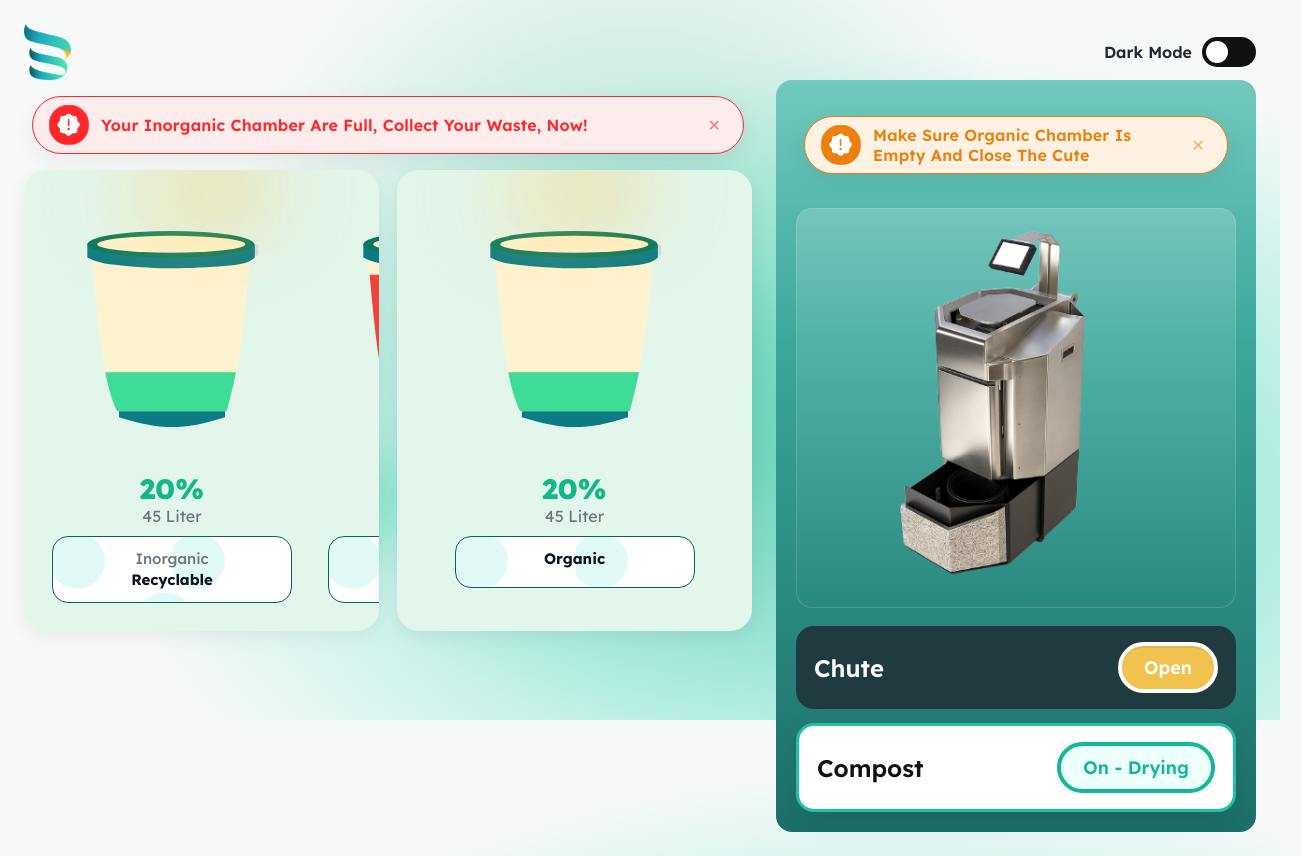
Repository: william-saputra/nusabin
Page: pages/homepage.html
These files come from the project's save history. The page is drawn as it stood at one moment and after the next save; the edit follows.
The browser window is 1280 px wide. The page is 1302 px wide, so the pictures cover 1302 px, including what lies to the right of the window. The pictures show the whole page.
Backgrounds fixed to the window are drawn as part of the page.

Above is the page before, as saved 2025-08-12 23:52:58.

### pages/homepage.html
<!DOCTYPE html>
<html lang="en">
  <head>
    <meta charset="UTF-8" />
    <meta name="viewport" content="width=device-width, initial-scale=1.0" />
    <title>Nusabin – Homepage</title>
    <link rel="preconnect" href="https://fonts.googleapis.com" />
    <link rel="preconnect" href="https://fonts.gstatic.com" crossorigin />
    <link href="https://fonts.googleapis.com/css2?family=Lexend:wght@400;500;600;700;800&family=Inter:wght@400;500;600;700;800&display=swap" rel="stylesheet" />
    <link rel="stylesheet" href="../styles/base.css" />
    <link rel="stylesheet" href="../styles/pages/homepage.css" />
  </head>
  <body>
    <div class="homepage no-nav">
      <header class="topbar no-nav">
        <img src="../assets/images/green_logo.png" alt="Nusabin" class="logo no-nav" />
        <div class="spacer no-nav"></div>
        <div class="theme-toggle no-nav">
          <span class="label no-nav">Dark Mode</span>
          <label class="switch no-nav">
            <input id="dark-toggle" class="no-nav" type="checkbox" />
            <span class="slider round no-nav"></span>
          </label>
        </div>
      </header>

      <main class="layout">
        <div class="left-col">
          <section class="alerts no-nav">
            <div class="alert pill no-nav" data-variant="danger" data-alert-id="left-alert">
              <img class="alert-icon" src="../assets/icons/red_alert.svg" alt="alert" width="40" height="40" />
              <div class="text no-nav">Your Inorganic Chamber Are Full, Collect Your Waste, Now!</div>
              <button class="close no-nav" data-dismiss>
                <span class="no-nav">&#10005;</span>
              </button>
            </div>
          </section>
          <div class="left-grid clickable-area" data-navigate>
          <div class="card card-buckets">
            <div class="bucket-group">
              <div class="bucket-item" data-id="inorganic_recyclable">
                <svg class="bucket-svg" viewBox="0 0 197 216" aria-labelledby="title-ir" role="img">
                  <title id="title-ir">Inorganic Recyclable</title>
                  <defs>
                    <clipPath id="cupShape-inorganic_recyclable">
                      <path d="M53.3367 175.048C43.8761 154.841 39.492 126.346 33.0561 49.7143L162.041 52.148C157.42 108.314 153.879 136.877 143.383 175.048C107.592 183.612 87.9058 183.201 53.3367 175.048Z" />
                    </clipPath>
                  </defs>
                  <path d="M53.3367 175.048C43.8761 154.841 39.492 126.346 33.0561 49.7143L162.041 52.148C157.42 108.314 153.879 136.877 143.383 175.048C107.592 183.612 87.9058 183.201 53.3367 175.048Z" fill="#FFF3CF" />
                  <rect id="cupFill-inorganic_recyclable" x="0" y="175" width="197" height="0" clip-path="url(#cupShape-inorganic_recyclable)" />
                  <path d="M55 179.937V175H142V179.937C107.725 190.783 88.6686 190.592 55 179.937Z" fill="#0C7B83" />
                  <rect x="166.097" y="38.3571" width="3.2449" height="8.92347" fill="#D9D9D9" />
                  <path d="M29 48.9031V38.3571H166.503V48.9031C162.244 52.8888 157.731 54.2809 146.222 55.3929C109.605 58.2432 89.8065 58.6723 56.9872 55.3929C42.0852 54.0832 36.1288 52.6188 29 48.9031Z" fill="#0C7B83" />
                  <ellipse cx="97.5485" cy="37.9515" rx="68.5485" ry="10.9515" fill="#08785B" />
                  <ellipse cx="97.9541" cy="37.9515" rx="60.8418" ry="6.89541" fill="#FFF3CF" />
                </svg>
                <div class="bucket-metrics">
                  <div class="percent" data-percent>0%</div>
                  <div class="liter" data-liter>0 Liter</div>
                </div>
                <div class="chip chip-2line"><span>Inorganic</span><strong>Recyclable</strong></div>
              </div>

              <div class="bucket-item" data-id="inorganic_non_recyclable">
                <svg class="bucket-svg" viewBox="0 0 197 216" aria-labelledby="title-inr" role="img">
                  <title id="title-inr">Inorganic <br>Non-Recyclable</title>
                  <defs>
                    <clipPath id="cupShape-inorganic_non_recyclable">
                      <path d="M53.3367 175.048C43.8761 154.841 39.492 126.346 33.0561 49.7143L162.041 52.148C157.42 108.314 153.879 136.877 143.383 175.048C107.592 183.612 87.9058 183.201 53.3367 175.048Z" />
                    </clipPath>
                  </defs>
                  <path d="M53.3367 175.048C43.8761 154.841 39.492 126.346 33.0561 49.7143L162.041 52.148C157.42 108.314 153.879 136.877 143.383 175.048C107.592 183.612 87.9058 183.201 53.3367 175.048Z" fill="#FFF3CF" />
                  <rect id="cupFill-inorganic_non_recyclable" x="0" y="175" width="197" height="0" clip-path="url(#cupShape-inorganic_non_recyclable)" />
                  <path d="M55 179.937V175H142V179.937C107.725 190.783 88.6686 190.592 55 179.937Z" fill="#0C7B83" />
                  <rect x="166.097" y="38.3571" width="3.2449" height="8.92347" fill="#D9D9D9" />
                  <path d="M29 48.9031V38.3571H166.503V48.9031C162.244 52.8888 157.731 54.2809 146.222 55.3929C109.605 58.2432 89.8065 58.6723 56.9872 55.3929C42.0852 54.0832 36.1288 52.6188 29 48.9031Z" fill="#0C7B83" />
                  <ellipse cx="97.5485" cy="37.9515" rx="68.5485" ry="10.9515" fill="#08785B" />
                  <ellipse cx="97.9541" cy="37.9515" rx="60.8418" ry="6.89541" fill="#FFF3CF" />
                </svg>
                <div class="bucket-metrics">
                  <div class="percent" data-percent>0%</div>
                  <div class="liter" data-liter>0 Liter</div>
                </div>
                <div class="chip chip-2line"><span>Inorganic</span><strong>Non-Recyclable</strong></div>
              </div>
            </div>
          </div>

          <div class="card card-bucket-single">
            <div class="bucket-item" data-id="organic">
              <svg class="bucket-svg" viewBox="0 0 197 216" aria-labelledby="title-org" role="img">
                <title id="title-org">Organic</title>
                <defs>
                  <clipPath id="cupShape-organic">
                    <path d="M53.3367 175.048C43.8761 154.841 39.492 126.346 33.0561 49.7143L162.041 52.148C157.42 108.314 153.879 136.877 143.383 175.048C107.592 183.612 87.9058 183.201 53.3367 175.048Z" />
                  </clipPath>
                </defs>
                <path d="M53.3367 175.048C43.8761 154.841 39.492 126.346 33.0561 49.7143L162.041 52.148C157.42 108.314 153.879 136.877 143.383 175.048C107.592 183.612 87.9058 183.201 53.3367 175.048Z" fill="#FFF3CF" />
                <rect id="cupFill-organic" x="0" y="175" width="197" height="0" clip-path="url(#cupShape-organic)" />
                <path d="M55 179.937V175H142V179.937C107.725 190.783 88.6686 190.592 55 179.937Z" fill="#0C7B83" />
                <rect x="166.097" y="38.3571" width="3.2449" height="8.92347" fill="#D9D9D9" />
                <path d="M29 48.9031V38.3571H166.503V48.9031C162.244 52.8888 157.731 54.2809 146.222 55.3929C109.605 58.2432 89.8065 58.6723 56.9872 55.3929C42.0852 54.0832 36.1288 52.6188 29 48.9031Z" fill="#0C7B83" />
                <ellipse cx="97.5485" cy="37.9515" rx="68.5485" ry="10.9515" fill="#08785B" />
                <ellipse cx="97.9541" cy="37.9515" rx="60.8418" ry="6.89541" fill="#FFF3CF" />
              </svg>
              <div class="bucket-metrics">
                <div class="percent" data-percent>0%</div>
                <div class="liter" data-liter>0 Liter</div>
              </div>
              <div class="chip chip-2line"><strong>Organic</strong></div>
            </div>
          </div>
          </div>
        </div>

        <aside class="right-panel">
          <section class="alerts no-nav">
            <div class="alert pill no-nav" data-variant="warning" data-alert-id="right-alert">
              <img class="alert-icon" src="../assets/icons/orange_alert.svg" alt="alert" width="40" height="40" />
              <div class="text no-nav">Make Sure Organic Chamber Is Empty And Close The Cute</div>
              <button class="close no-nav" data-dismiss>
                <span class="no-nav">&#10005;</span>
              </button>
            </div>
          </section>
          <div class="machine-wrapper">
            <img src="../assets/images/machine.png" alt="Machine" class="machine" />
          </div>
          <div class="status-panel no-nav">
            <div class="status-row variant-dark no-nav">
              <div class="label no-nav">Chute</div>
              <div class="status-pill pill-open no-nav">Open</div>
            </div>
            <div class="status-row variant-light no-nav">
              <div class="label no-nav">Compost</div>
              <div class="status-pill pill-on no-nav">On - Drying</div>
            </div>
          </div>
        </aside>
      </main>
      <div class="page-bottom-decor" aria-hidden="true"></div>
    </div>

    <script src="../scripts/theme.js"></script>
    <script src="../scripts/main.js"></script>
  </body>
  </html>

### styles/base.css
:root {
  --bg: #f6f9f8;
  --card: #ffffff;
  --text: #0b1220;
  --muted: #6b7280;
  --primary: #1cb59b;
  --danger: #e53935;
  --warning: #ffb74d;
  --ring: rgba(28, 181, 155, 0.35);
}

* { box-sizing: border-box; }
html, body { height: 100%; }
body {
  margin: 0;
  font-family: Lexend, Inter, system-ui, -apple-system, Segoe UI, Roboto, Helvetica, Arial, "Apple Color Emoji", "Segoe UI Emoji";
  color: var(--text);
  background: radial-gradient(1200px 700px at 70% 70%, #7ed8c4 0%, #b8efe5 35%, #f6f9f8 65%) no-repeat fixed;
}

/* Generic layout */
.homepage { padding: 24px; }
.topbar { display: flex; align-items: center; gap: 16px; }
.spacer { flex: 1 1 auto; }
.logo { height: 56px; }

.theme-toggle { display: flex; align-items: center; gap: 10px; font-weight: 600; }
.theme-toggle .label { opacity: 0.9; }

/* Toggle */
.switch { position: relative; display: inline-block; width: 54px; height: 30px; }
.switch input { display: none; }
.slider { position: absolute; cursor: pointer; top: 0; left: 0; right: 0; bottom: 0; background: #111; transition: .2s; border-radius: 999px; }
.slider:before { position: absolute; content: ""; height: 22px; width: 22px; left: 4px; bottom: 4px; background: #fff; transition: .2s; border-radius: 50%; }
input:checked + .slider { background: #cdd2d6; }
input:checked + .slider:before { transform: translateX(24px); }

/* Alerts */
.alerts { display: grid; grid-template-columns: 1fr; gap: 12px; margin: 18px 0; }
.alert { display: grid; grid-template-columns: auto 1fr auto; align-items: center; gap: 12px; padding: 8px 16px; border-radius: 50px; box-shadow: 0 8px 24px rgba(0,0,0,.06); font-family: Lexend, Inter, sans-serif; border: 1px solid currentColor; }
.alert .text { font-weight: 600; letter-spacing: .2px; }
.alert .close { appearance: none; border: 0; background: transparent; cursor: pointer; opacity: 0.6; font-size: 16px; color: inherit; }
.alert.pill[data-variant="danger"] { color: #FF2828; background: #FFECEC; }
.alert.pill[data-variant="warning"] { color: #EA800E; background: #FFF2E3; }
.alert-icon { flex: 0 0 auto; width: 40px; height: 40px; }

/* Align alerts: left and right margins consistent */
.left-col .alerts, .right-panel .alerts { margin: 16px 8px; }

/* Page bottom glow circle */
.page-bottom-decor { position: fixed; left: 50%; bottom: -180px; transform: translateX(-50%); width: 1200px; height: 1200px; border-radius: 50%; background: radial-gradient(closest-side, rgba(18,184,134,0.35), rgba(18,184,134,0) 70%); filter: blur(12px); pointer-events: none; z-index: -1; }

/* Main layout */
.layout { display: grid; grid-template-columns: 1.35fr 480px; gap: 24px; align-items: start; }
.left-col { display: block; }
.left-grid { display: grid; grid-template-columns: 1fr 1fr; gap: 18px; }

.card { background: var(--card); border-radius: 22px; padding: 28px; box-shadow: 0 6px 20px rgba(0,0,0,.06); position: relative; overflow: hidden; }
.card::before, .card::after { content: ""; position: absolute; pointer-events: none; border-radius: 50%; filter: blur(40px); opacity: 0.9; }
.card::before { width: 260px; height: 180px; top: -70px; right: 30px; background: radial-gradient(closest-side, rgba(255,189,57,0.55), rgba(255,189,57,0) 70%); }
.card::after  { width: 220px; height: 160px; top: -50px; left: 40%; transform: translateX(-50%); background: radial-gradient(closest-side, rgba(255,225,149,0.55), rgba(255,225,149,0) 70%); }
.card-buckets { display: block; background: #E2F6EC; min-height: 460px; }
.card-bucket-single { display: block; background: #E2F6EC; min-height: 460px; }

.bucket-group { display: grid; grid-template-columns: 1fr 1fr; gap: 36px; justify-items: center; }
.bucket-item { display: grid; justify-items: center; gap: 10px; }
.bucket-svg { width: 100%; max-width: 240px; height: auto; display: block; }
.bucket-static { pointer-events: none; }

.bucket-metrics { text-align: center; }
.bucket-metrics .percent { font-weight: 800; font-size: 28px; color: #12B886; }
.bucket-metrics .percent.danger { color: #F44336; }
.bucket-metrics .liter { color: #6C757D; font-size: 16px; }

.chip { display: inline-flex; flex-direction: column; align-items: center; gap: 4px; padding: 14px 22px; border-radius: 16px; background: #fff; border: 1.5px solid #0B5F57; font-size: 20px; line-height: 1.1; min-height: 52px; min-width: 240px; }
.chip span { color: #6C757D; font-weight: 500; }
.chip strong { font-weight: 700; }
.chip-positive strong { color: #12B886; }
.chip-negative strong { color: #F44336; }
.chip {
  background-image: radial-gradient(circle at 20% 20%, rgba(13, 207, 173, 0.12) 0 20%, rgba(13, 207, 173, 0) 21%),
                    radial-gradient(circle at 80% 60%, rgba(13, 207, 173, 0.12) 0 20%, rgba(13, 207, 173, 0) 21%);
  background-size: 120px 120px, 140px 140px;
}

.chip-2line { font-size: 15px; }

.right-panel { display: grid; grid-template-rows: 1fr auto; gap: 18px; }
.right-panel { background: linear-gradient(180deg, #72c9bd 0%, #3ba79b 35%, #1b6f67 100%); padding: 20px; border-radius: 16px; }
.machine-wrapper { display: grid; place-items: center; background: linear-gradient(180deg, rgba(255,255,255,0.18), rgba(255,255,255,0)); border-radius: 16px; min-height: 400px; box-shadow: inset 0 0 0 1px rgba(255,255,255,0.15); }
.machine { max-width: 100%; height: auto; object-fit: contain; transform: scale(1.3); transform-origin: center; }

.status-panel { background: transparent; border-radius: 16px; padding: 0; display: grid; gap: 16px; }
.status-row { display: flex; align-items: center; justify-content: space-between; padding: 16px 18px; border-radius: 18px; }
.status-row .label { font-weight: 600; font-size: 24px; }
.status-row.variant-dark { background: #1f3b3f; color: #ffffff; }
.status-row.variant-light { background: #ffffff; color: #111; border: 3px solid #22c3a4; box-shadow: 0 8px 24px rgba(0,0,0,.08); }
.status-pill { border-radius: 999px; padding: 10px 22px; font-weight: 600; font-size: 18px; }
.pill-open { background: #f1c24e; color: #ffffff; border: 4px solid #ffffff; box-shadow: 0 2px 0 rgba(0,0,0,.06) inset; }
.pill-on { background: #ecfffb; color: #12b89a; border: 4px solid #12b89a; }

.clickable-area { cursor: pointer; }

/* Decorative half-circle with glow on the left bottom */
.left-col { position: relative; }
.left-col::after { content: ""; position: absolute; left: 50%; transform: translateX(-10%); bottom: -40px; width: 560px; height: 560px; border-bottom-left-radius: 560px; border-bottom-right-radius: 560px; border-top-left-radius: 560px; border-top-right-radius: 560px; background: radial-gradient(closest-side, rgba(28,181,155,0.55), rgba(28,181,155,0) 70%); filter: blur(6px); z-index: -1; }
.left-col::before { content: ""; position: absolute; left: 40%; transform: translateX(-50%); bottom: 20px; width: 380px; height: 220px; border-radius: 380px 380px 0 0; background: radial-gradient(closest-side, rgba(60,220,178,0.7), rgba(60,220,178,0) 70%); filter: blur(20px); z-index: -1; }

/* Dark mode */
.dark body, body.dark { background: radial-gradient(1200px 700px at 70% 70%, #0e3c3b 0%, #0f6b61 35%, #071b1a 65%); color: #e5f6f1; }
body.dark .card, body.dark .status-panel { background: #0a1414; color: #e6f5f1; }
body.dark .chip { background: #08201c; border-color: #0f3f36; }
body.dark .bucket-metrics .percent { color: #55e3c7; }
body.dark .status-row { background: #051010; }
body.dark .status-pill { background: #0b2a26; }

/* Utilities for specific wrappers that shouldn't navigate */
.no-nav { pointer-events: auto; }

@media (max-width: 1100px) {
  .layout { grid-template-columns: 1fr; }
  .right-panel { order: -1; }
}

### styles/pages/homepage.css
/* Page-specific fine-tuning for Homepage */
.homepage .card-buckets { background: #E2F6EC; }
.homepage .card-bucket-single { background: #E2F6EC; }

.homepage .bucket-item .bucket { filter: drop-shadow(0 10px 24px rgba(0,0,0,.08)); }
.homepage .bucket-item .percent { letter-spacing: .3px; }

.right-panel .status-panel { gap: 14px; }

@media (max-width: 1100px) {
  .homepage .bucket-svg { max-width: 180px; }
}

### scripts/theme.js
(function () {
  const toggle = document.getElementById('dark-toggle');
  if (!toggle) return;

  const apply = (isDark) => {
    document.body.classList.toggle('dark', isDark);
    try { localStorage.setItem('theme-dark', isDark ? '1' : '0'); } catch (_) {}
  };

  // Restore previous preference
  let stored = null;
  try { stored = localStorage.getItem('theme-dark'); } catch (_) {}
  apply(stored === '1');
  toggle.checked = stored === '1';

  toggle.addEventListener('change', () => apply(toggle.checked));
})();

### scripts/main.js
(function () {
  const root = document;

  // Navigate to detail when clicking anywhere on the left grid
  const clickable = root.querySelector('.clickable-area');
  if (clickable) {
    clickable.addEventListener('click', function (ev) {
      const target = ev.target;
      if (target && (target.closest('[data-dismiss]') || target.closest('.switch') || target.closest('.status-panel') || target.closest('.alerts'))) return;
      window.location.href = '../pages/detail.html';
    });
  }

  // Close alert buttons
  root.querySelectorAll('[data-dismiss]').forEach((btn) => {
    btn.addEventListener('click', (e) => {
      e.stopPropagation();
      const alert = btn.closest('.alert');
      if (alert) alert.remove();
    });
  });

  // Example: programmatic update of alert colors (kept for future use)
  function setAlertVariant(id, variant) {
    const el = root.querySelector('[data-alert-id="' + id + '"]');
    if (!el) return;
    el.setAttribute('data-variant', variant);
    const rect = el.querySelector('g > rect');
    if (rect) rect.setAttribute('fill', variant === 'danger' ? '#FF2828' : '#EA800E');
  }

  // Data dummy hardcoded
  const data = {
    inorganic_recyclable: { level: 20, volume: 45 },
    inorganic_non_recyclable: { level: 70, volume: 134 },
    organic: { level: 20, volume: 45 }
  };

  // Update function per spec
  function updateFill(binId, percent, volumeLiters) {
    const rect = root.getElementById('cupFill-' + binId);
    if (!rect) return;
    // Using actual bucket.svg coordinates: baseY aligns with ~175 (bottom of cup path), contentHeight approximated to inner cup height
    const contentHeight = 160; // adjustable based on real cup inner height
    const baseY = 175;
    const p = Math.max(0, Math.min(100, percent));
    const newHeight = (p / 100) * contentHeight;
    const newY = baseY - newHeight;
    rect.setAttribute('height', String(newHeight));
    rect.setAttribute('y', String(newY));
    rect.setAttribute('fill', p >= 70 ? '#F04438' : '#3DDC97');

    const item = root.querySelector('.bucket-item[data-id="' + binId + '"]');
    if (!item) return;
    const percentEl = item.querySelector('[data-percent]');
    const literEl = item.querySelector('[data-liter]');
    if (percentEl) {
      percentEl.textContent = p + '%';
      percentEl.classList.toggle('danger', p >= 70);
    }
    if (literEl) literEl.textContent = volumeLiters + ' Liter';
  }

  // Initialize
  Object.entries(data).forEach(([id, val]) => {
    updateFill(id, val.level, val.volume);
  });
})();

After the next save:
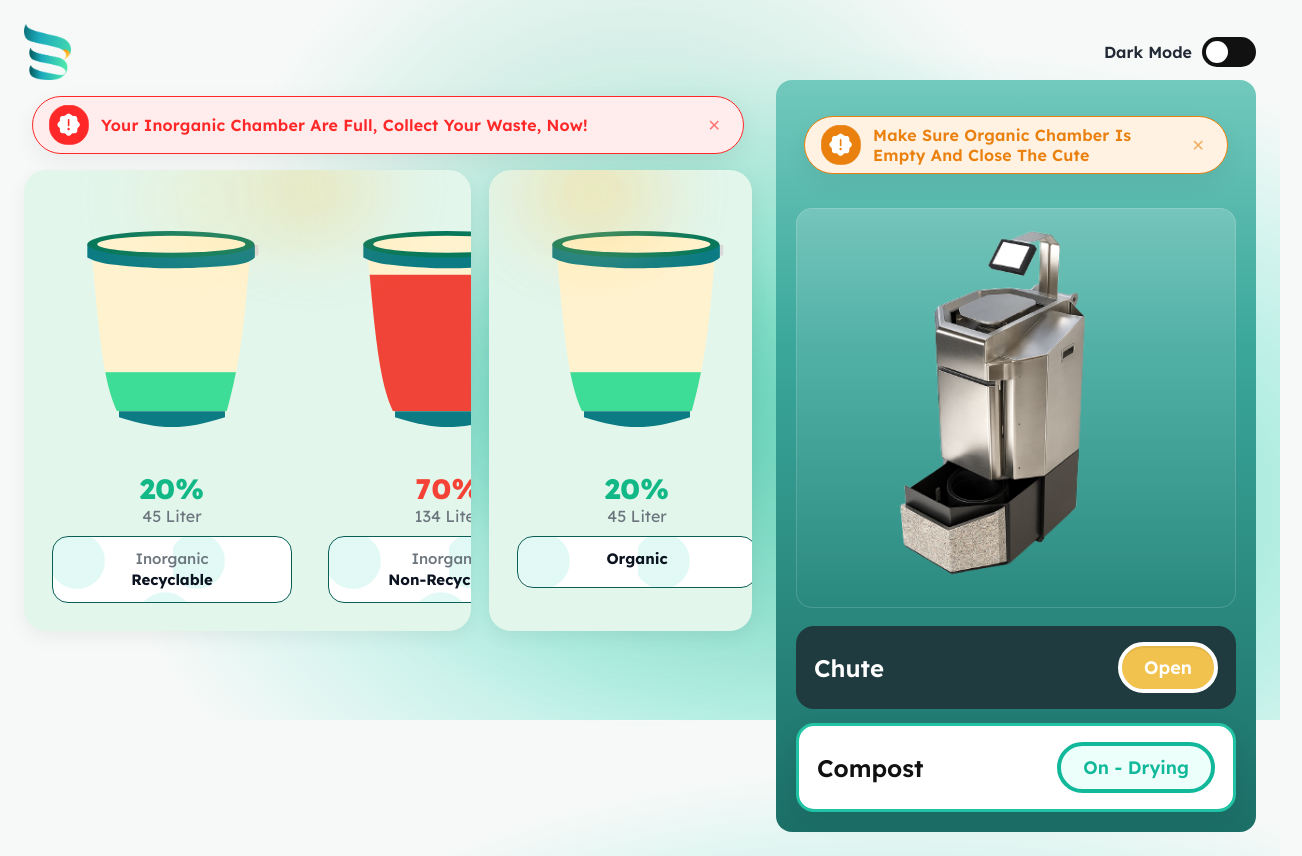
Saved 2 min 15 s later.
--- a/styles/base.css
+++ b/styles/base.css
@@ -53,7 +53,7 @@ input:checked + .slider:before { transform: translateX(24px); }
 /* Main layout */
 .layout { display: grid; grid-template-columns: 1.35fr 480px; gap: 24px; align-items: start; }
 .left-col { display: block; }
-.left-grid { display: grid; grid-template-columns: 1fr 1fr; gap: 18px; }
+.left-grid { display: grid; grid-template-columns: 1.7fr 1fr; gap: 18px; }
 
 .card { background: var(--card); border-radius: 22px; padding: 28px; box-shadow: 0 6px 20px rgba(0,0,0,.06); position: relative; overflow: hidden; }
 .card::before, .card::after { content: ""; position: absolute; pointer-events: none; border-radius: 50%; filter: blur(40px); opacity: 0.9; }
